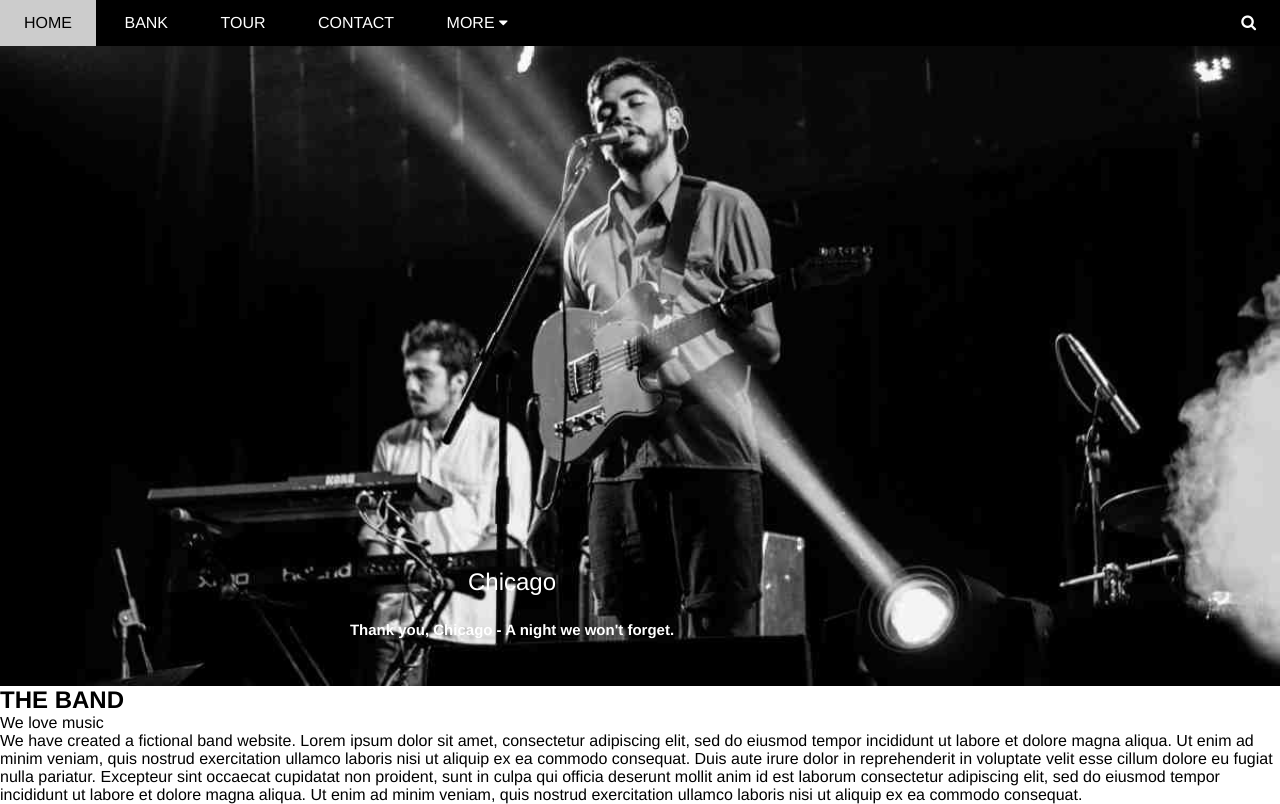
Repository: vuongtm1999/TheBand_W3School
Page: index.html
These files come from the project's save history. The page is drawn as it stood at one moment and after the next save; the edit follows.
The browser window is 1280 px wide. The pictures show the whole page.

Above is the page before, as saved 2022-08-25 17:13:55.

After the next save:
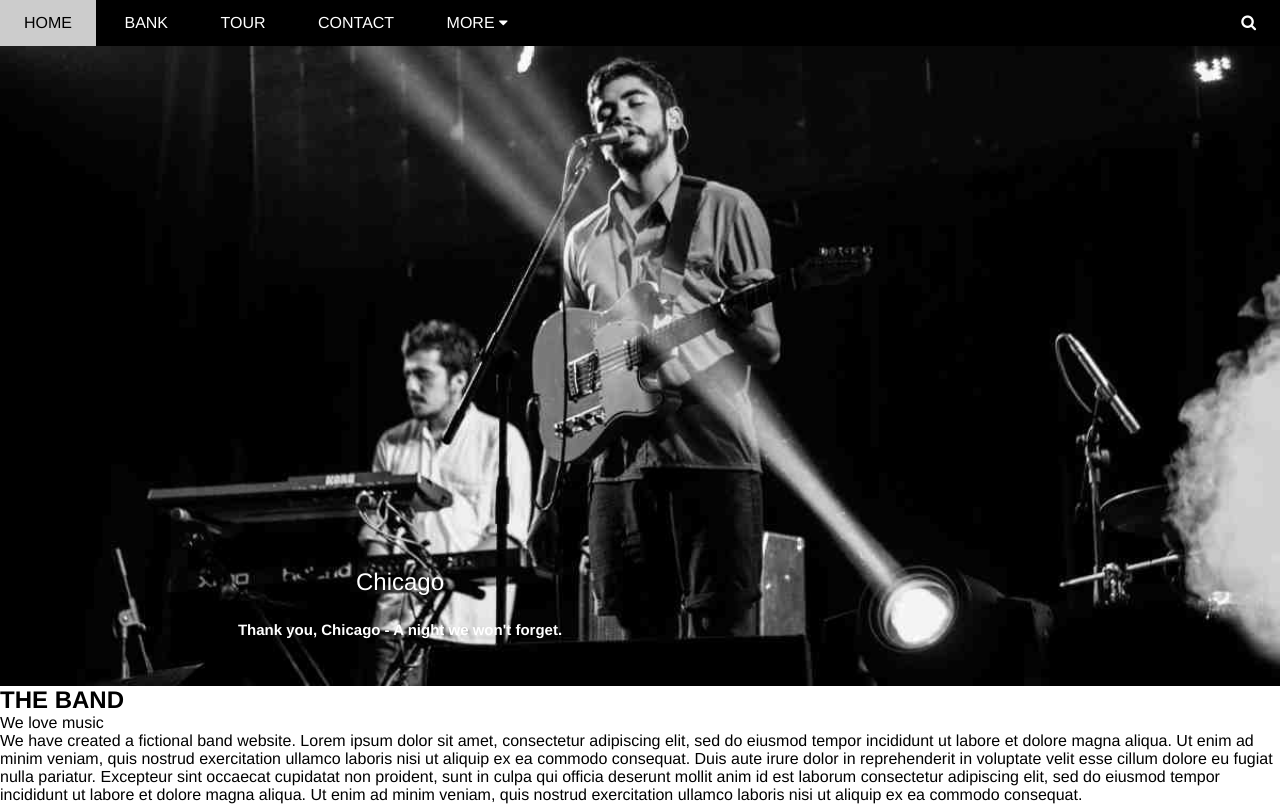
Saved 72 s later.
--- a/assets/css/style.css
+++ b/assets/css/style.css
@@ -146,7 +146,7 @@ a{
 }
 
 .container{
-    width: 80%;
+    width: 800px;
 }
 
 .content-section{
